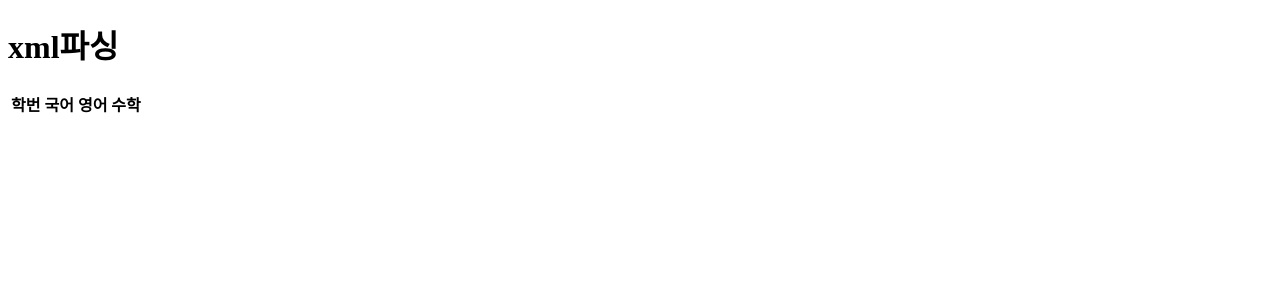
Repository: 2ket/workspace2
Page: web13/WebContent/ex02.html
The author's editor kept a copy of each file at every save. The page is drawn from the files as they stood at one save, then again after the next save.
The browser window is 1280 px wide. The pictures show the whole page.

Above is the page before, as saved 2019-06-07 11:03:51.

### web13/WebContent/ex02.html
<!DOCTYPE html PUBLIC "-//W3C//DTD HTML 4.01 Transitional//EN" "http://www.w3.org/TR/html4/loose.dtd">
<html>
<head>
<meta http-equiv="Content-Type" content="text/html; charset=UTF-8">
<title>Insert title here</title>
<script type="text/javascript">
	var xhr;
	window.onload=function(){
		xhr=new XMLHttpRequest();
		xhr.onreadystatechange=function(){
			if(xhr.readyState==4){
				if(xhr.status==200){
					var xml=xhr.responseXML;
					var stus=xml.querySelectorAll('student');
					var msg='';
					for(var i=0; i<stus.length; i++){
						msg+='<tr>';
						msg+='<td>'+stus[i].querySelector('num').innerHTML+'</td>';
						msg+='<td>'+stus[i].querySelector('kor').innerHTML+'</td>';
						msg+='<td>'+stus[i].querySelector('eng').innerHTML+'</td>';
						msg+='<td>'+stus[i].querySelector('math').innerHTML+'</td>';
						msg+='</tr>';
					}
					var table=document.querySelector('table');
					table.innerHTML=table.innerHTML+msg;
				}
			}
		};
		xhr.open('get', 'students.xml');
	};
</script>
</head>
<body>
	<h1>xml파싱</h1>
	<table>
		<tr>
			<th>학번</th>
			<th>국어</th>
			<th>영어</th>
			<th>수학</th>
		</tr>
	</table>
</body>
</html>

After the next save:
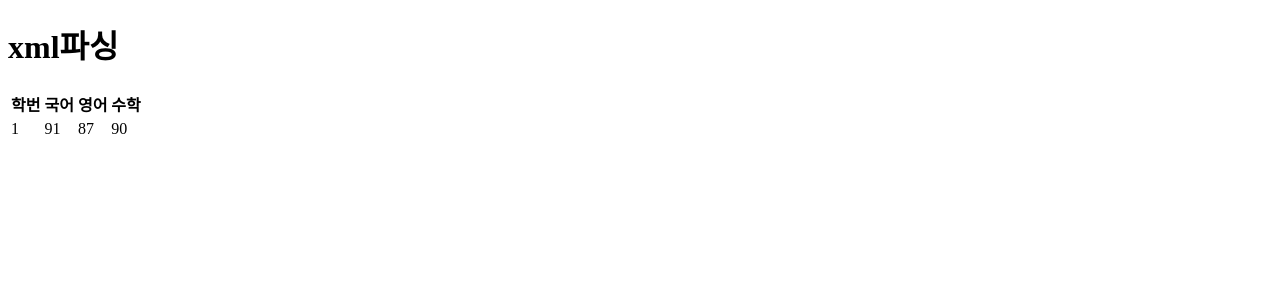
Saved 7 s later.
--- a/web13/WebContent/ex02.html
+++ b/web13/WebContent/ex02.html
@@ -27,6 +27,7 @@
 			}
 		};
 		xhr.open('get', 'students.xml');
+		xhr.send();
 	};
 </script>
 </head>
